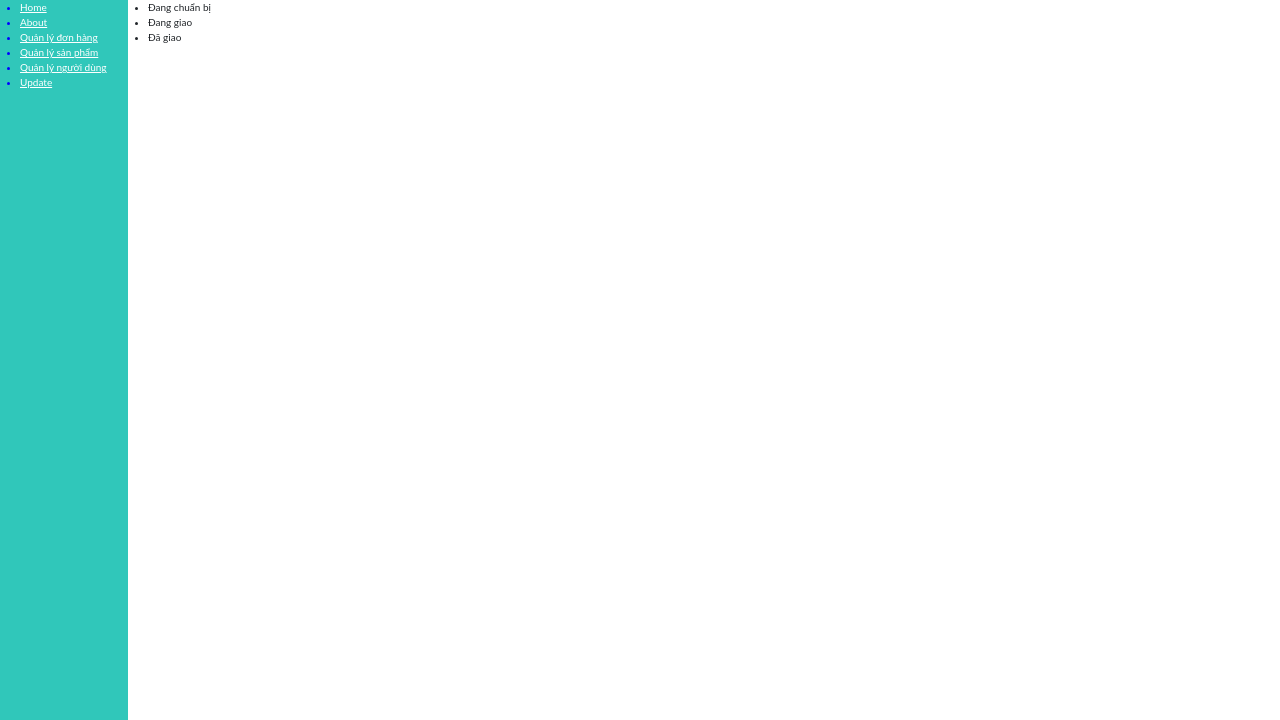
Repository: Hothidani/React
Page: /Order (app in exa/my-react-router-A/)
The author's editor kept a copy of each file at every save. The page is drawn from the files as they stood at one save, then again after the next save.
The browser window is 1280 px wide. The pictures show the whole page.
The project was rebuilt for these pictures with package versions that can differ from the ones it lists, and the page was loaded fresh each time. Also part of the build but not shown: exa/my-react-router-A/src/component/Navigation.js, exa/my-react-router-A/src/component/Home.js, exa/my-react-router-A/src/component/About.js, exa/my-react-router-A/src/component/Service.js, exa/my-react-router-A/src/component/Contact.js, exa/my-react-router-A/src/component/AllProduct.js, exa/my-react-router-A/src/component/Add.js, exa/my-react-router-A/src/component/QLuser.js.

Above is the page before, as saved 2021-05-11 16:04:37.

After the next save:
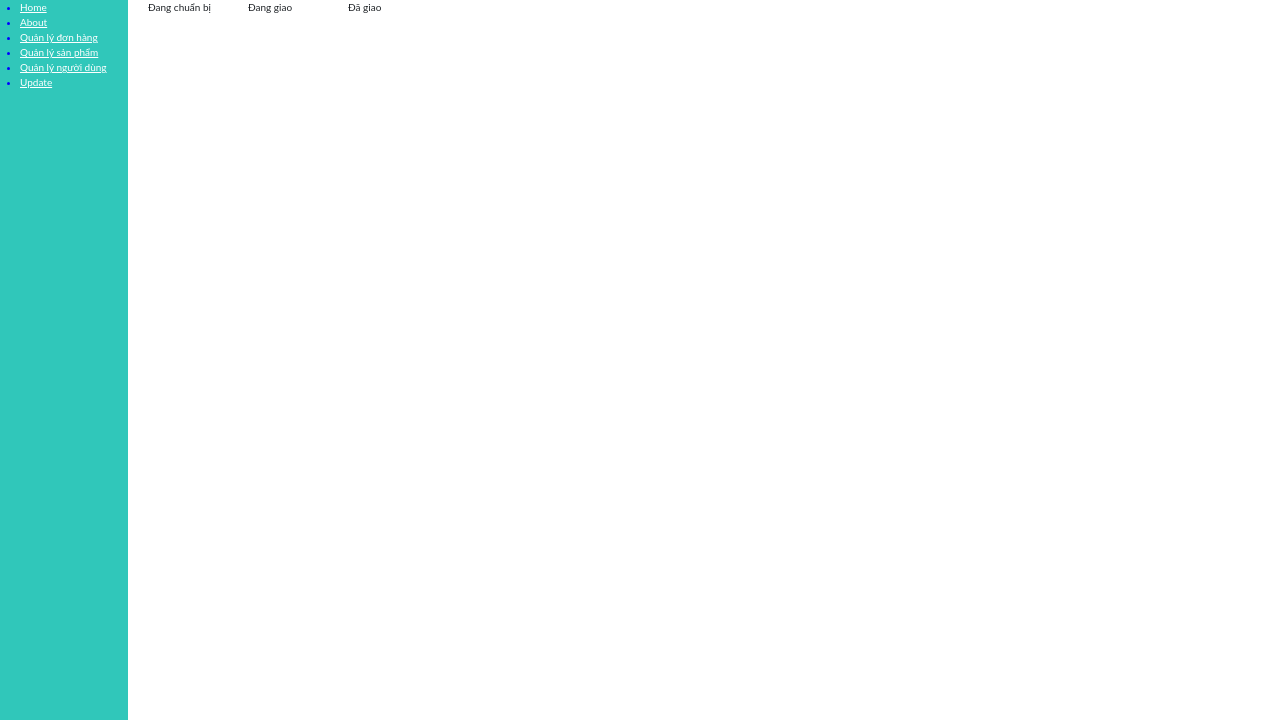
Saved 17 s later.
--- a/exa/my-react-router-A/src/QLOrder.css
+++ b/exa/my-react-router-A/src/QLOrder.css
@@ -4,3 +4,9 @@
   justify-content: space-around;
   list-style: none;
 }
+.content-a{
+    display: flex;
+  align-items: center;
+  justify-content: space-around;
+  list-style: none;
+}
